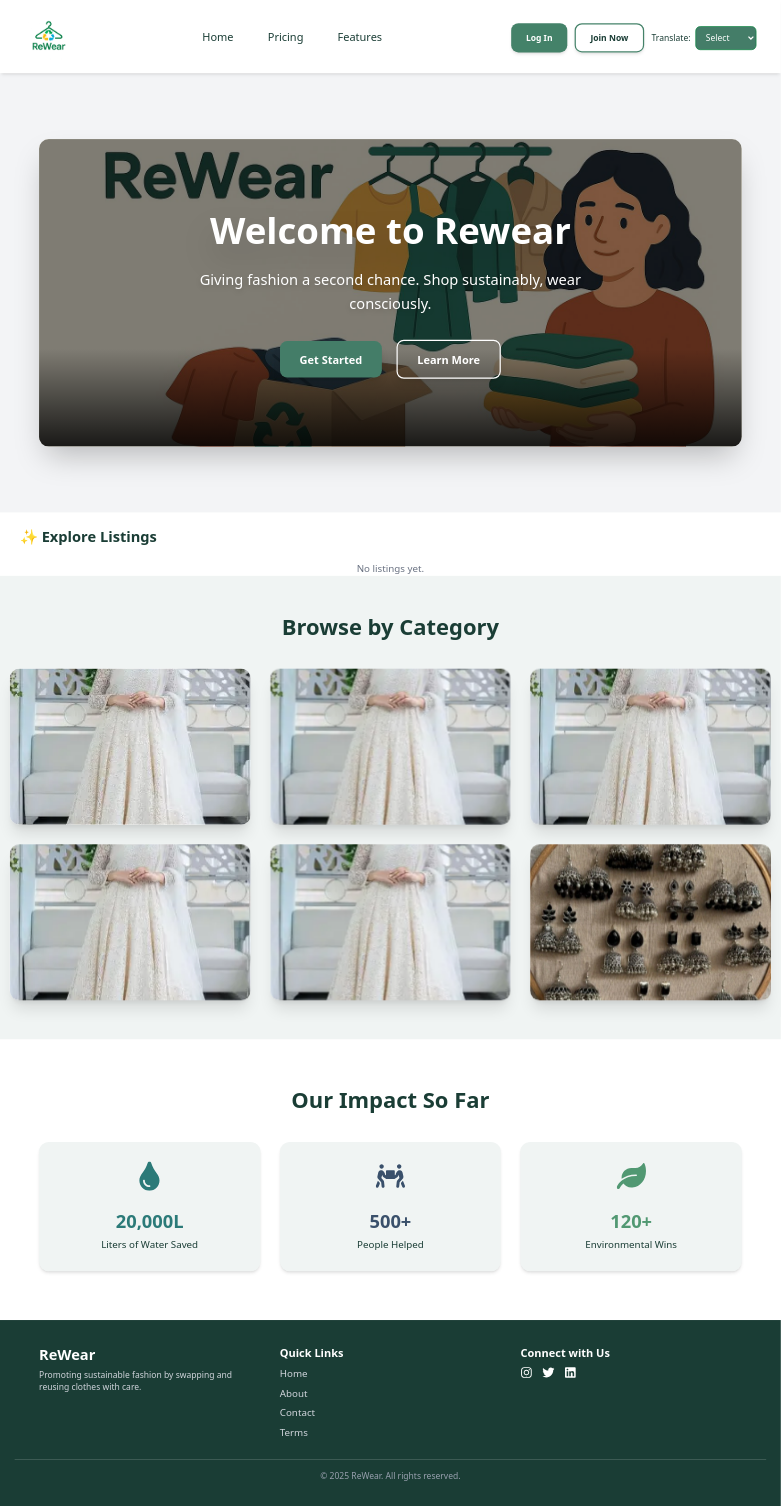
Repository: Swastikkkkk/vv
Page: / (app in OneDrive/Desktop/Yuzichahal/frontend/)
An editor plug-in stored every save of this project. The page is shown before and after a run of saves, followed by the edit.
The browser window is 1280 px wide. The pictures show the whole page, at 61% of full size.
The page's requests for data from a server got no answer. The project was rebuilt for these pictures with package versions that can differ from the ones it lists, and the page was loaded fresh each time. No one was signed in, and anything a server would have sent is missing. Also part of the build but not shown: OneDrive/Desktop/Yuzichahal/frontend/vite.config.js, OneDrive/Desktop/Yuzichahal/frontend/src/components/Signup.jsx, OneDrive/Desktop/Yuzichahal/frontend/src/components/Login.jsx, OneDrive/Desktop/Yuzichahal/frontend/src/components/user/Sidebar.jsx, OneDrive/Desktop/Yuzichahal/frontend/src/components/user/HelpTooltip.jsx, OneDrive/Desktop/Yuzichahal/frontend/src/components/user/UserDashboard.jsx, OneDrive/Desktop/Yuzichahal/frontend/src/components/user/AddListing.jsx, OneDrive/Desktop/Yuzichahal/frontend/src/components/user/PointsHistory.jsx and 5 more.

Above is the page before, as saved 2025-07-12 13:28:50.

After the next 7 saves:
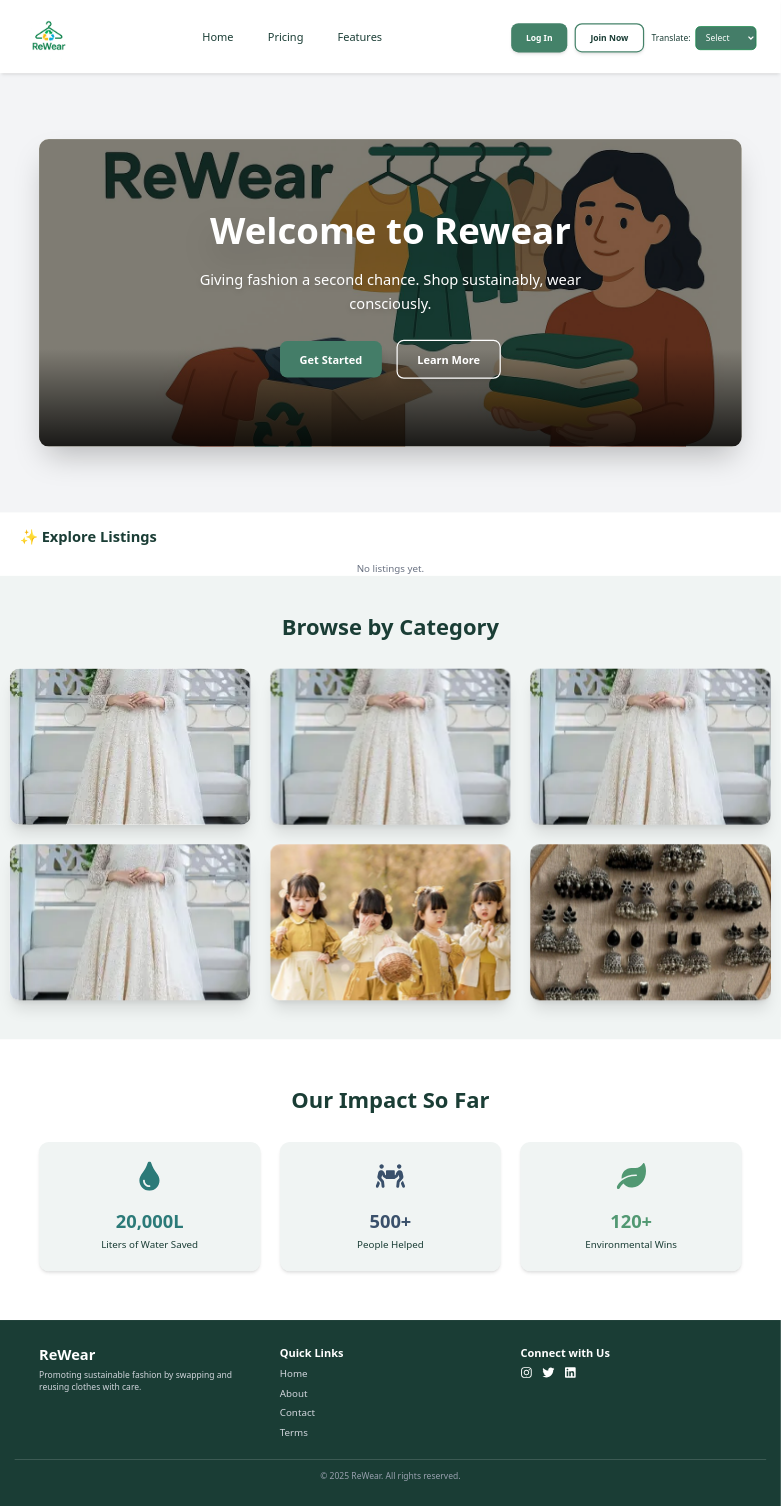
The 7 saves are shown as one change because 1 did not build or start and some came seconds apart.
The last was saved 102 s later.
--- a/OneDrive/Desktop/Yuzichahal/frontend/src/components/CategoriesSection.jsx
+++ b/OneDrive/Desktop/Yuzichahal/frontend/src/components/CategoriesSection.jsx
@@ -4,13 +4,14 @@ import { auth } from './FirebaseConfig';
 import sampleImage from '../assets/image.png';
 import Lottie from 'react-lottie-player';
 import acc from "../assets/acc.jpg";
-
+import acc1 from "../assets/kid.jpg";
+import acc2 from "../assets/west.jpg";
 const categories = [
   { title: 'Traditional', image: sampleImage },
   { title: 'Modern', image: sampleImage },
   { title: 'Western', image: sampleImage },
   { title: 'Ethnic', image: sampleImage },
-  { title: 'Kidswear', image: sampleImage },
+  { title: 'Kidswear', image: acc1 },
   { title: 'Accessories', image: acc },
 ];
 
